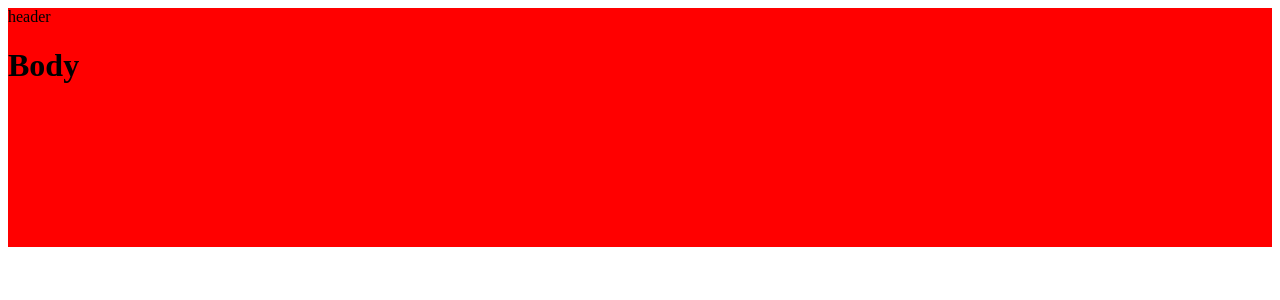
Repository: BenBen-san/Typing-Game
Page: header.html
The author's editor kept a record of every edit. The page is drawn from the files as they stood at one moment, then again after the next edit.
The browser window is 1280 px wide. The pictures show the whole page.

Above is the page before.

### header.html
<html lang="ja">
    <head>
        <meta charset="UTF-8">
        <style>
            header{
                background-color: red;
            }

            footer{
                background-color: blue;
            }

            .size{
                height: 200px;
            }
        </style>
    </head>
    <body>
        <header>
            header
        </div>
        <h1 class="size">Body</h1>
    </body>
</html>

After the next edit:
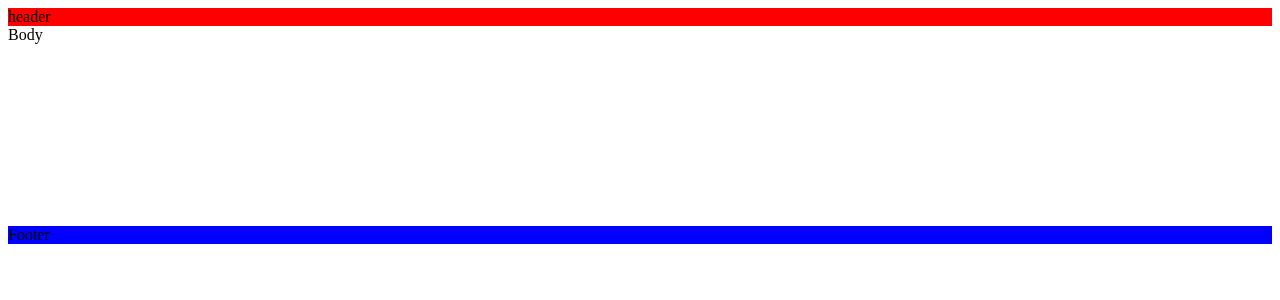
The edit:
--- a/header.html
+++ b/header.html
@@ -18,7 +18,12 @@
     <body>
         <header>
             header
+        </header>
+        <div class="size">
+            Body
         </div>
-        <h1 class="size">Body</h1>
+        <footer>
+            Footer
+        </footer>
     </body>
 </html>
